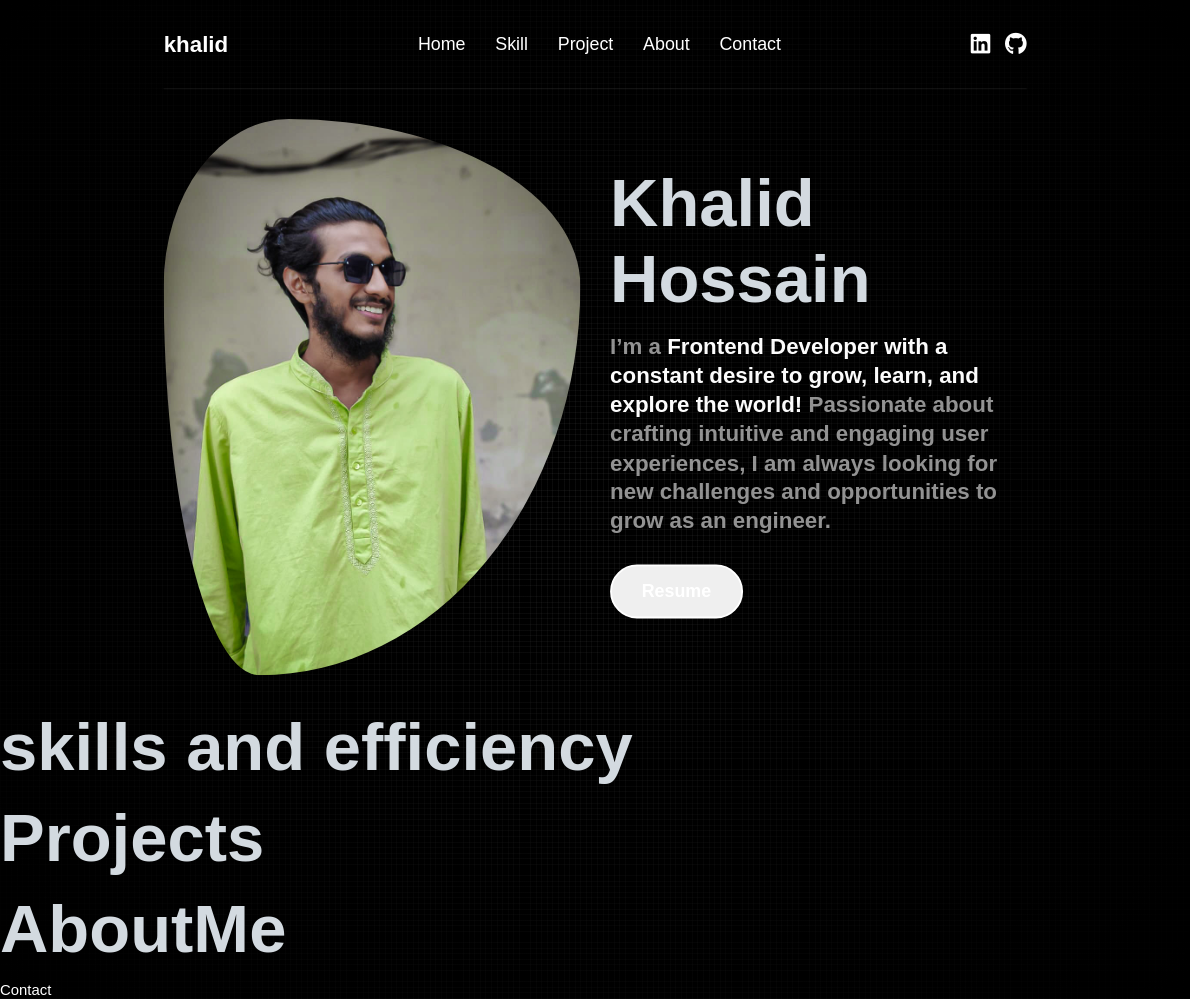
Repository: badhon252/my-portfolio
Page: /
An editor plug-in stored every save of this project. The page is shown before and after the next save, followed by the edit.
The browser window is 1280 px wide. The pictures show the whole page, at 93% of full size.
The project was rebuilt for these pictures with package versions that can differ from the ones it lists, and the page was loaded fresh each time. Also part of the build but not shown: src/Components/Home/Header/Navbar/Navs/LinkedIn/LinkedIn.module.css, src/Components/Home/Header/Navbar/Navs/GitHub/Github.module.css.

Above is the page before, as saved 2023-01-16 00:20:43.

After the next save:
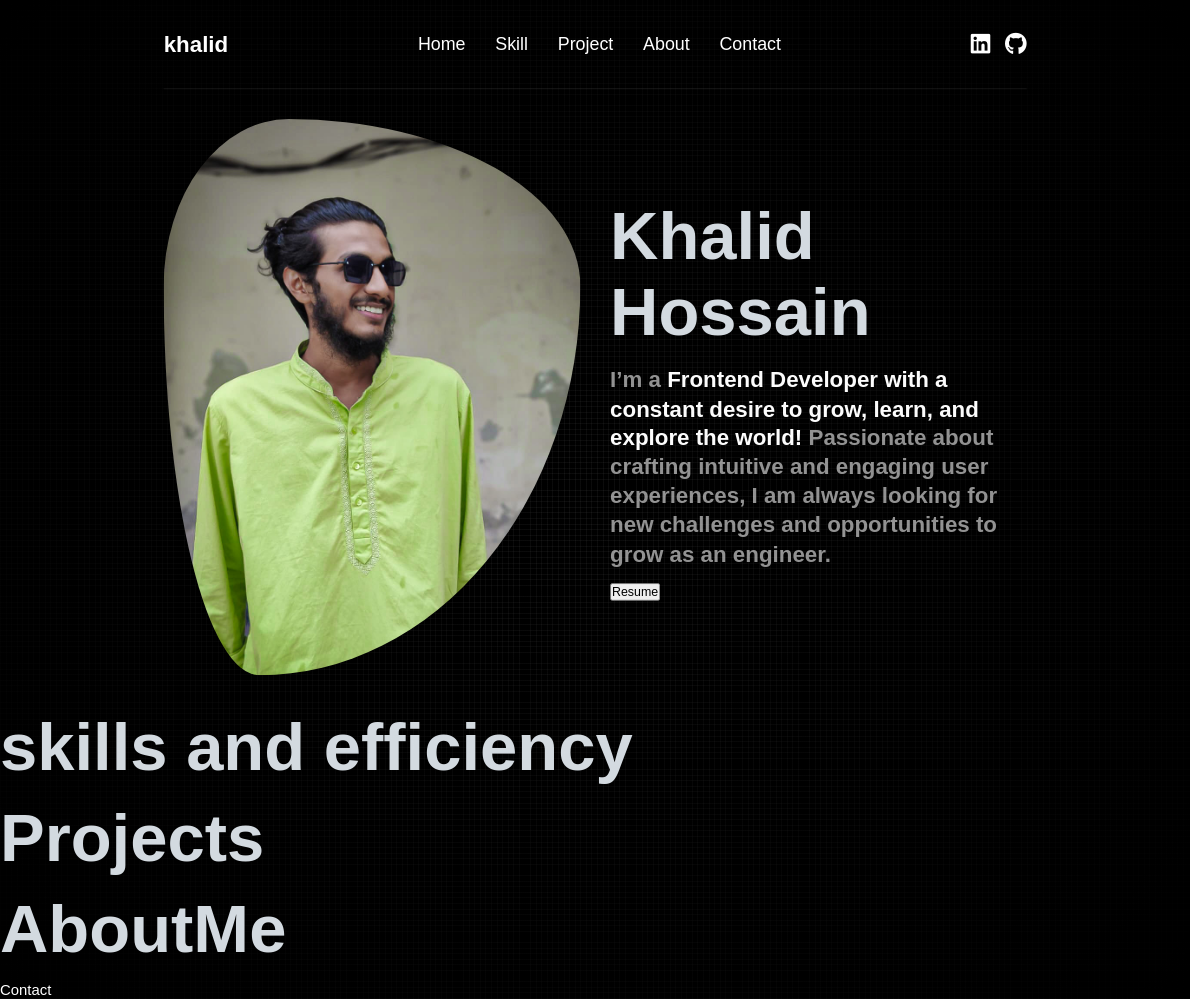
Saved 24 s later.
--- a/src/Components/Home/Header/HeaderContent/Header.module.css
+++ b/src/Components/Home/Header/HeaderContent/Header.module.css
@@ -47,14 +47,15 @@ p span {
     color: #fcfcfc;
 }
 
-.resume {
-    text-decoration: none;
-    color: #fff;
+.btn {
+    display: inline-block;
+    padding: 1rem 2rem;
     font-size: 1.2em;
     font-weight: 600;
-    padding: 1rem 2rem;
-    margin: 1rem 0;
-    border: 2px solid #fff;
+    color: #fff;
+    background-color: #49ff12;
     border-radius: 50px;
     transition: .5s;
+    text-decoration: none;
+    margin-top: 1rem;
 }
